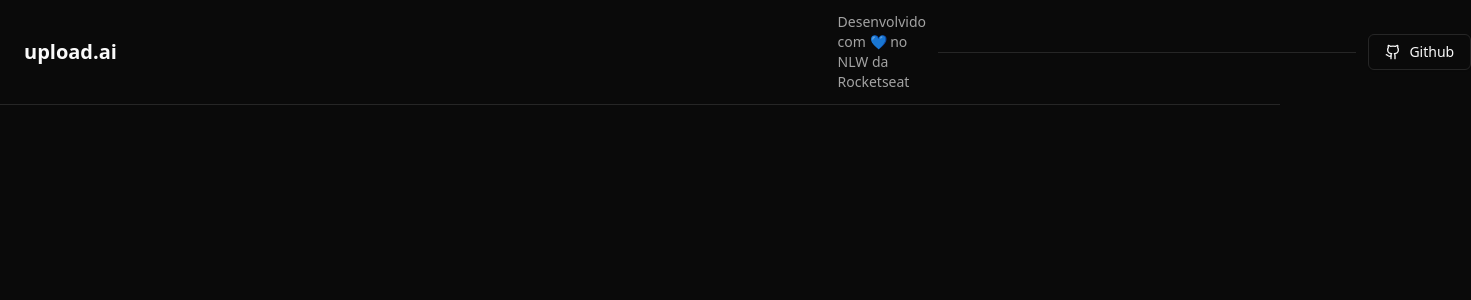
Repository: ricardolimati/upload-ai-web
Page: /
An editor plug-in stored every save of this project. The page is shown before and after a run of saves, followed by the edit.
The browser window is 1280 px wide. The page is 1471 px wide, then 1280 px, so the pictures cover 1471 px, including what lies to the right of the window. The pictures show the whole page.
The project was rebuilt for these pictures with package versions that can differ from the ones it lists, and the page was loaded fresh each time. Also part of the build but not shown: vite.config.ts.

Above is the page before, as saved 2023-09-11 23:17:02.

After the next 2 saves:
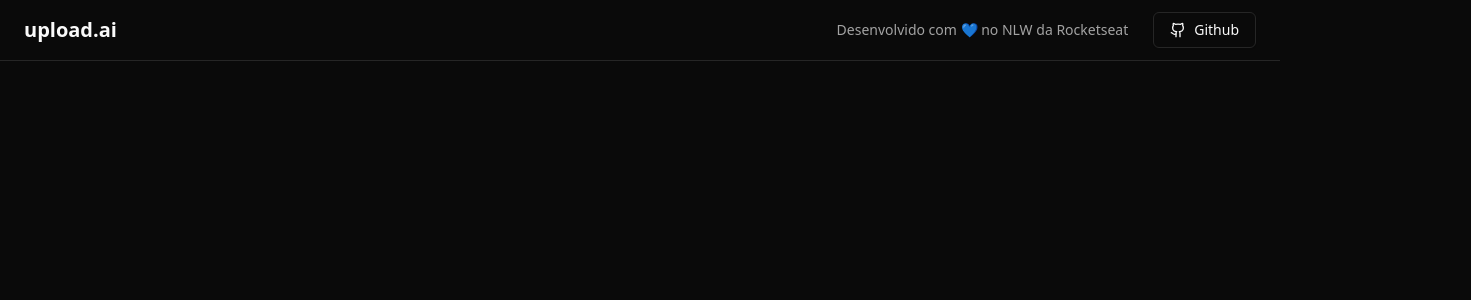
The 2 saves are shown as one change because they came seconds apart.
The last was saved 7 s later.
--- a/src/App.tsx
+++ b/src/App.tsx
@@ -10,7 +10,7 @@ export function App() {
       <div className="flex items-center gap-3">
         <span className="text-sm text-muted-foreground">
           Desenvolvido com 💙 no NLW da Rocketseat</span>
-          <Separator ori />
+          <Separator orientation='ver' />
         <Button variant="outline">
           <Github className="w-4 h-4 mr-2" />Github
         </Button>
